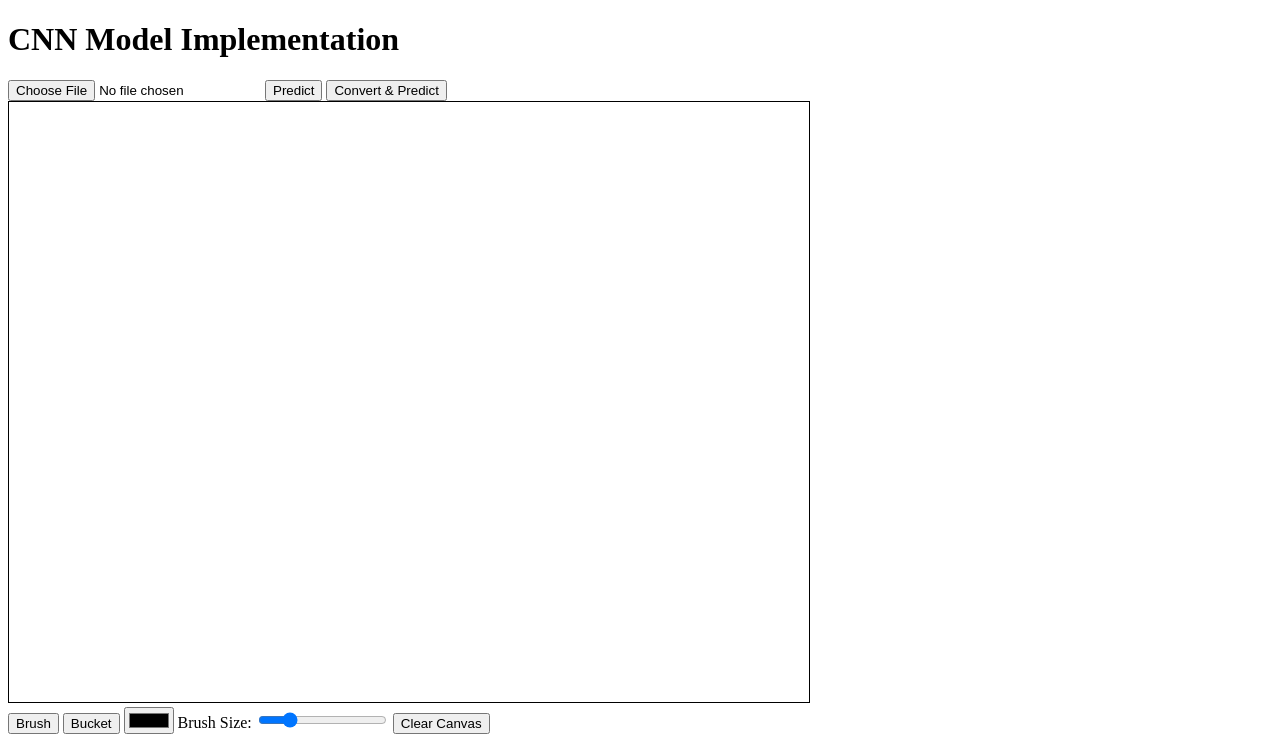
Repository: choobrendan/Flag-Guesser
Page: http://localhost/
The author's editor kept a copy of each file at every save. The page is drawn from the files as they stood at one save, then again after the next save.
The browser window is 1280 px wide. The pictures show the whole page.
The page is served by the project's application, run on Flask 3 (app.py).

Above is the page before, as saved 2023-08-30 08:43:43.

### templates/index.html
<!DOCTYPE html>
<html lang="en">
<head>
    <meta charset="UTF-8">
    <meta name="viewport" content="width=device-width, initial-scale=1.0">
    <h1>CNN Model Implementation</h1>
    <link rel="stylesheet" href="styles.css">
    <style>
        canvas {
            border: 1px solid black;
        }
        #main{
            display: flex;

        }
        #prediction-result{
            width:50%;
            font-size: 24px;
            font-family: Georgia, 'Times New Roman', Times, serif;
        }
    </style>
</head>
<body>
    <div id="main">
    <div id="prediction-part">
    <form id="prediction-form" enctype="multipart/form-data">
        <input type="file" name="image" accept="image/*">
        <button type="submit">Predict</button>
        <button id="convert-and-predict">Convert & Predict</button>
    </form>
    <canvas id="paint-canvas" width="800" height="600"></canvas>

    <div id="paint-controls">
        <button id="brush-tool">Brush</button>
        <button id="bucket-tool">Bucket</button>
        <input type="color" id="color-picker" value="#000000">
        <label for="brush-size">Brush Size:</label>
        <input type="range" id="brush-size" min="1" max="20" value="5">
        <button id="clear-canvas">Clear Canvas</button>
    </div>
</div>
    <div id="prediction-result"></div>
</div>
    <img id="converted-image" style="max-width: 100%; display: none;">
    <script>
        document.getElementById('prediction-form').addEventListener('submit', function(event) {
            event.preventDefault();

            const formData = new FormData(document.getElementById('prediction-form'));

            fetch('/predict', {
                method: 'POST',
                body: formData
            })
            .then(response => response.json())
            .then(data => {
                const resultDiv = document.getElementById('prediction-result');
                resultDiv.innerHTML = ""; // Clear previous results

                const predictions = data.predictions;
                for (const prediction of predictions) {
                    const class_name = prediction.class_name;
                    const score = prediction.score;

                    const predictionInfo = document.createElement('p');
                    predictionInfo.textContent = `${class_name}, Confidence: ${score}`;
                    resultDiv.appendChild(predictionInfo);
                }
            })
            .catch(error => {
                console.error('Error:', error);
            });
        });
        const canvas = document.getElementById('paint-canvas');
        const ctx = canvas.getContext('2d');
        let painting = false;
        let currentTool = 'brush';
        let currentColor = '#000000';
        let brushSize = 5;

        canvas.addEventListener('mousedown', startPainting);
        canvas.addEventListener('mouseup', stopPainting);
        canvas.addEventListener('mousemove', draw);

        // Adjusted function to start painting
        function startPainting(event) {
            painting = true;
            draw(event);
        }

        // Adjusted function to handle drawing
        function draw(event) {
            if (!painting) return;

            const canvasRect = canvas.getBoundingClientRect();
            const mouseX = event.clientX - canvasRect.left;
            const mouseY = event.clientY - canvasRect.top;

            ctx.lineWidth = brushSize;
            ctx.lineCap = 'round';
            ctx.strokeStyle = currentColor;

            ctx.lineTo(mouseX, mouseY);
            ctx.stroke();
            ctx.beginPath();
            ctx.moveTo(mouseX, mouseY);
        }

        document.getElementById('brush-tool').addEventListener('click', useBrush);
        document.getElementById('bucket-tool').addEventListener('click', useBucket);
        document.getElementById('color-picker').addEventListener('input', pickColor);
        document.getElementById('brush-size').addEventListener('input', updateBrushSize);
        document.getElementById('clear-canvas').addEventListener('click', clearCanvas);

        function startPainting(event) {
            painting = true;
            draw(event);
        }

        function stopPainting() {
            painting = false;
            ctx.beginPath();
        }

        function draw(event) {
            if (!painting) return;

            ctx.lineWidth = brushSize;
            ctx.lineCap = 'round';
            ctx.strokeStyle = currentColor;

            ctx.lineTo(event.clientX - canvas.offsetLeft, event.clientY - canvas.offsetTop);
            ctx.stroke();
            ctx.beginPath();
            ctx.moveTo(event.clientX - canvas.offsetLeft, event.clientY - canvas.offsetTop);
        }

        function useBrush() {
            currentTool = 'brush';
        }

        function useBucket() {
            currentTool = 'bucket';
        }

        function pickColor(event) {
            currentColor = event.target.value;
        }

        function updateBrushSize(event) {
            brushSize = event.target.value;
        }

        function clearCanvas() {
            ctx.clearRect(0, 0, canvas.width, canvas.height);
        }

        document.getElementById('convert-and-predict').addEventListener('click', convertAndPredict);



// Helper function to convert data URL to Blob
document.getElementById('convert-and-predict').addEventListener('click', convertAndPredict);

function convertAndPredict() {
    // Convert uncolored pixels to white
    const imageData = ctx.getImageData(0, 0, canvas.width, canvas.height);
    for (let i = 0; i < imageData.data.length; i += 4) {
        if (
            imageData.data[i] === 0 &&
            imageData.data[i + 1] === 0 &&
            imageData.data[i + 2] === 0 &&
            imageData.data[i + 3] === 0
        ) {
            imageData.data[i] = 255; // Red channel
            imageData.data[i + 1] = 255; // Green channel
            imageData.data[i + 2] = 255; // Blue channel
            imageData.data[i + 3] = 255; // Alpha channel
        }
    }
    ctx.putImageData(imageData, 0, 0);

    // Convert canvas content to image (JPEG)
    const canvasDataUrl = canvas.toDataURL('image/jpeg');

    // Display the converted image
    const convertedImage = document.getElementById('converted-image');
    convertedImage.src = canvasDataUrl;
    convertedImage.style.display = 'none';

    // Create a Blob from the data URL
    const blob = dataURLtoBlob(canvasDataUrl);

    // Create a FormData object to send the image
    const formData = new FormData();
    formData.append('image', blob, 'canvas-image.jpg');

    // Send the FormData to the server
    fetch('/predict', {
        method: 'POST',
        body: formData
    })
    .then(response => response.json())
    .then(data => {
        const resultDiv = document.getElementById('prediction-result');
        resultDiv.innerHTML = ""; // Clear previous results

        const predictions = data.predictions;
        for (const prediction of predictions) {
            const class_name = prediction.class_name;
            const score = prediction.score;

            const predictionInfo = document.createElement('p');
            predictionInfo.textContent = `${class_name}, Confidence: ${score}`;
            resultDiv.appendChild(predictionInfo);
        }
    })
    .catch(error => {
        console.error('Error:', error);
    });
}

// Helper function to convert data URL to Blob
function dataURLtoBlob(dataURL) {
    const byteString = atob(dataURL.split(',')[1]);
    const mimeString = dataURL.split(',')[0].split(':')[1].split(';')[0];
    const ab = new ArrayBuffer(byteString.length);
    const ia = new Uint8Array(ab);

    for (let i = 0; i < byteString.length; i++) {
        ia[i] = byteString.charCodeAt(i);
    }

    return new Blob([ab], { type: mimeString });
}
    </script>
</body>
</html>

### app.py
from flask import Flask, render_template, request, jsonify
import tensorflow as tf
import numpy as np
import cv2
import io

app = Flask(__name__)

# Load the pre-trained CNN model
model = tf.keras.models.load_model('static/model.h5')
model.summary()

# Load class names
class_names = ['Afghanistan',
 'Albania',
 'Algeria',
 'Andorra',
 'Angola',
 'Antigua & Barbuda',
 'Argentina',
 'Armenia',
 'Australia',
 'Austria',
 'Azerbaijan',
 'Bahamas',
 'Bahrain',
 'Bangladesh',
 'Barbados',
 'Belarus',
 'Belgium',
 'Belize',
 'Benin',
 'Bhutan',
 'Bolivia',
 'Bosnia & Herzegovina',
 'Botswana',
 'Brazil',
 'Brunei',
 'Bulgaria',
 'Burkina Faso',
 'Burundi',
 'CAR',
 'Cambodia',
 'Cameroon',
 'Canada',
 'Cape Verde',
 'Chad',
 'Chile',
 'China',
 'Colombia',
 'Comoros',
 'Congo',
 'Costa Rica',
 'Croatia',
 'Cuba',
 'Cyprus',
 'Czech Republic',
 'Denmark',
 'Djibouti',
 'Doctor Congo',
 'Dominica',
 'Dominican Republic',
 'Ecuador',
 'Egypt',
 'El Salvador',
 'Equatorial Guinea',
 'Eritrea',
 'Estonia',
 'Eswatini',
 'Ethiopia',
 'Fiji',
 'Finland',
 'France',
 'Gabon',
 'Gambia',
 'Georgia',
 'Germany',
 'Ghana',
 'Greece',
 'Grenada',
 'Guatemala',
 'Guinea',
 'Guinea Bisseau',
 'Guyana',
 'Haiti',
 'Honduras',
 'Hungary',
 'Iceland',
 'India',
 'Indonesia',
 'Iran',
 'Iraq',
 'Ireland',
 'Israel',
 'Italy',
 'Ivory Coast',
 'Jamaica',
 'Japan',
 'Jordan',
 'Kazakhstan',
 'Kenya',
 'Kiribati',
 'Kuwait',
 'Kyrgyzstan',
 'Laos',
 'Latvia',
 'Lebanon',
 'Lesotho',
 'Liberia',
 'Libya',
 'Liechenstein',
 'Lithuania',
 'Luxemborg',
 'Madagascar',
 'Malawi',
 'Malaysia',
 'Maldives',
 'Mali',
 'Malta',
 'Marshall Islands',
 'Mauritius',
 'Maurituana',
 'Mexico',
 'Micronesia',
 'Modolva',
 'Monaco',
 'Mongolia',
 'Montenegro',
 'Morocco',
 'Mozambique',
 'Myanmar',
 'Namibia',
 'Nauru',
 'Nepal',
 'Netherlands',
 'New Zealand',
 'Niger',
 'Nigeria',
 'North Korea',
 'North Macedonia',
 'Norway',
 'Oman',
 'Pakistan',
 'Palau',
 'Panama',
 'Papua Nue Guinea',
 'Paraguay',
 'Peru',
 'Philippines',
 'Poland',
 'Portugal',
 'Qatar',
 'Romania',
 'Russia',
 'Rwanda',
 'Saint Kitts and Nevis',
 'Saint Lucia',
 'Saint Vincent and the Grenadines',
 'Samoa',
 'San Marino',
 'Sao Tome and Principe',
 'Saudi Arabia',
 'Senegal',
 'Serbia',
 'Seychelles',
 'Sierra Leone',
 'Singapore',
 'Slovakia',
 'Slovenia',
 'Solomon Islands',
 'Somalia',
 'South Africa',
 'South Korea',
 'South Sudan',
 'Spain',
 'Sri Lanka',
 'St Kittis and Nevis',
 'Sudan',
 'Suriname',
 'Sweden',
 'Switzerland',
 'Syria',
 'Tajikistan',
 'Tanzania',
 'Thailand',
 'Timor Leste',
 'Togo',
 'Tonga',
 'Trinidad and Tobago',
 'Tunisia',
 'Turkey',
 'Turkmenistan',
 'Tuvalu',
 'UAE',
 'USA',
 'Uganda',
 'Ukraine',
 'United Kingdom',
 'Uruguay',
 'Uzbekistan',
 'Vanuatu',
 'Venezuela',
 'Vietnam',
 'Yemen',
 'Zambia',
 'Zimbabwe']

# Define a route to render the index.html page
@app.route('/')
def index():
    return render_template('index.html')

@app.route('/predict', methods=['POST'])
def predict():
    # try:
    #     print("aaaaaaaaaaaaa")
    #     if 'image' not in request.files:
    #         return jsonify({'error': 'No image uploaded'})

        image = request.files['image']
        # if image.filename == '':
        #     return jsonify({'error': 'No image selected'})

        img = cv2.imdecode(np.frombuffer(image.read(), np.uint8), cv2.IMREAD_COLOR)
        img = cv2.cvtColor(img, cv2.COLOR_BGR2RGB)
        # img = tf.image.convert_image_dtype(img, dtype=tf.float32)
        img = cv2.resize(img, (128, 128))
        img = tf.expand_dims(img, axis=0)

        predictions = model.predict(img)
        prediction_scores = tf.nn.softmax(predictions[0])
        prediction_scores = prediction_scores.numpy()
        top_classes = np.argsort(prediction_scores)[-5:][::-1]  # Get top 5 classes

        results = []
        for class_index in top_classes:
            class_name = class_names[class_index]
            score = prediction_scores[class_index].item()  # Convert float32 to Python float
            results.append({'class_name': class_name, 'score': score})

        return jsonify({'predictions': results})
    # except Exception as e:
    #     return jsonify({'error': str(e)})

if __name__ == '__main__':
    app.run(debug=True)

### templates/styles.css
canvas {
    border: 1px solid black;
}
#main{
    display: flex;
}

After the next save:
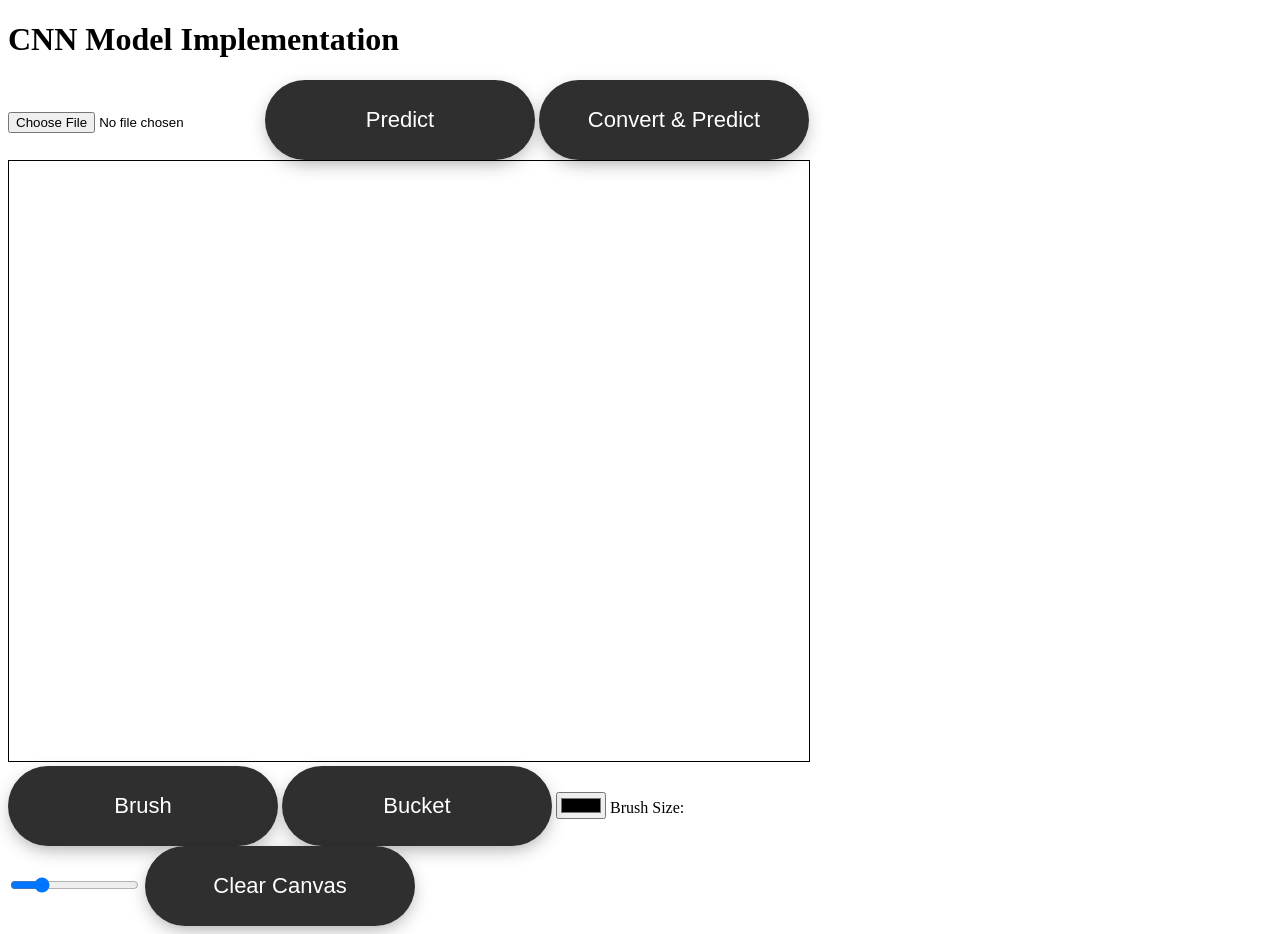
Saved 3 min 38 s later.
--- a/templates/index.html
+++ b/templates/index.html
@@ -18,6 +18,21 @@
             font-size: 24px;
             font-family: Georgia, 'Times New Roman', Times, serif;
         }
+        button{
+    width: 270px;
+    height: 80px;
+    border: none;
+    outline: none;
+    background: #2f2f2f;
+    color: #fff;
+    font-size: 22px;
+    border-radius: 40px;
+    text-align: center;
+    box-shadow: 0 6px 20px -5px rgba(0,0,0,0.4);
+    position: relative;
+    overflow: hidden;
+    cursor: pointer;
+}
     </style>
 </head>
 <body>
